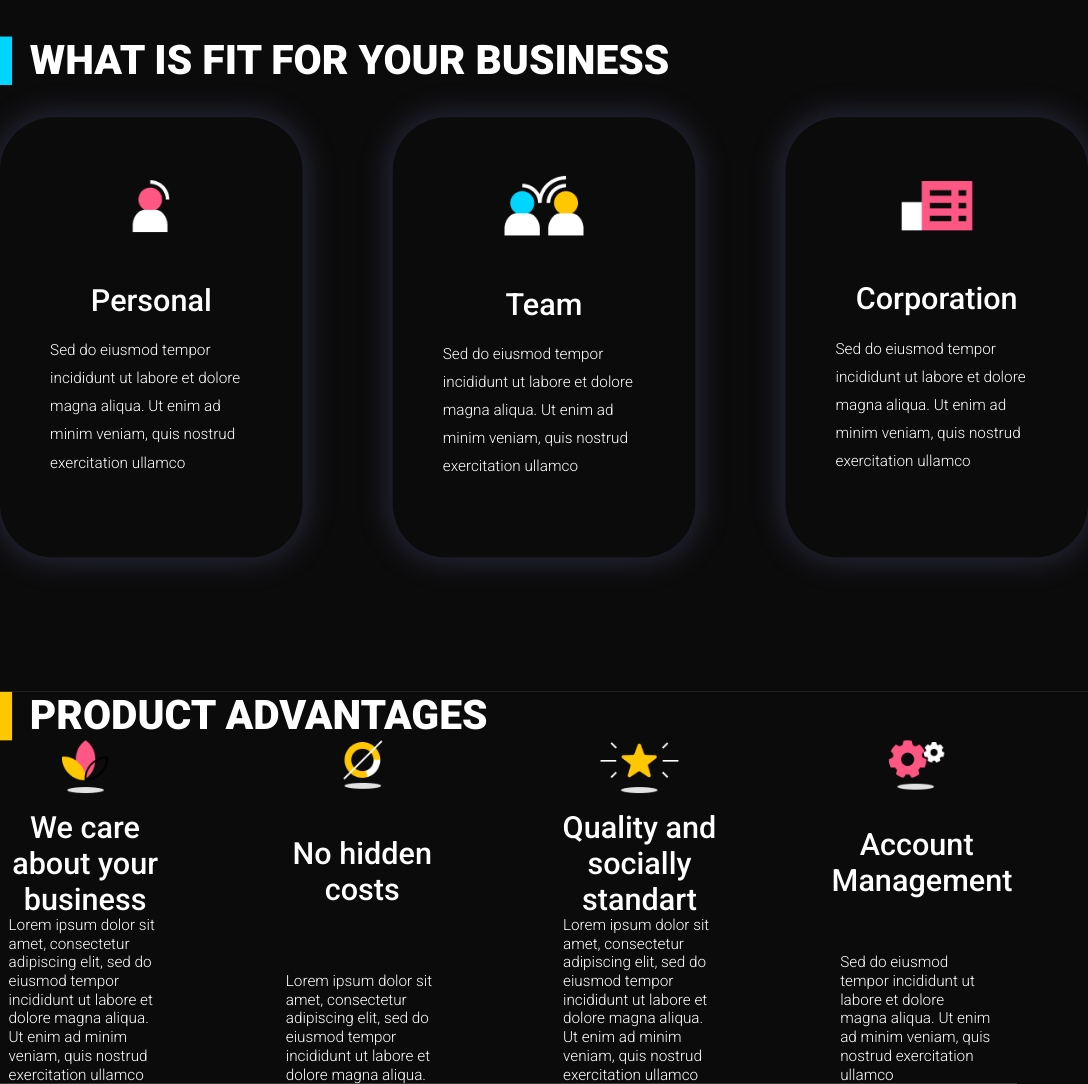
Repository: VetaWhale/team-site-test
Page: index.html
The author's editor kept a copy of each file at every save. The page is drawn from the files as they stood at one save, then again after the next save.
The browser window is 1280 px wide. The pictures show the whole page, at 85% of full size.
Some web fonts or font styles are not loaded; a fallback is used.

Above is the page before, as saved 2023-04-24 15:30:51.

After the next save:
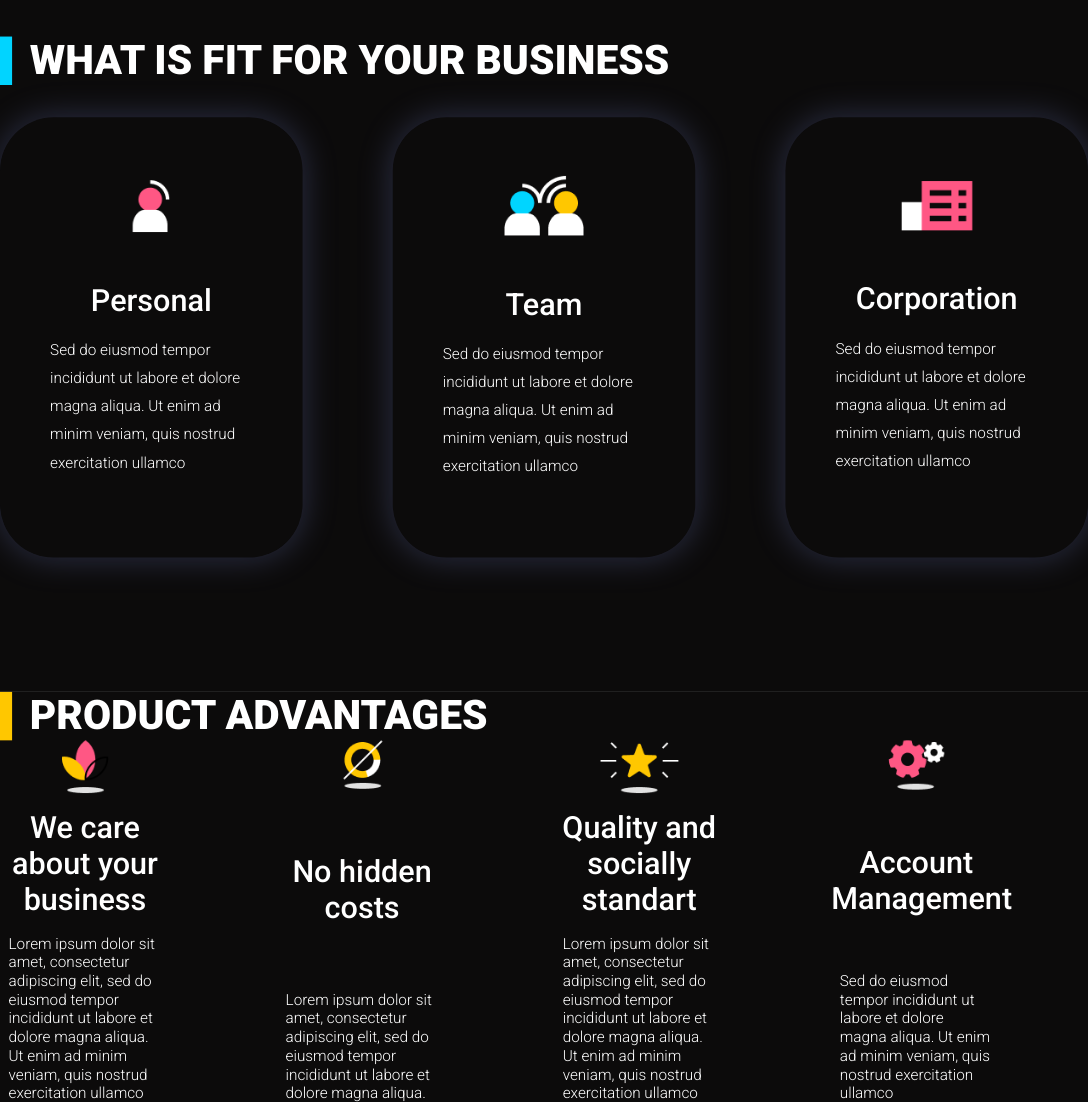
Saved 4 s later.
--- a/css/product.css
+++ b/css/product.css
@@ -39,8 +39,7 @@
     line-height: 42px;
     color: #FFFFFF;
     text-align: center;
-    width: 200.14px;
-    height: 104px;
+    width: 200px;
 }
 
 .product__description {
